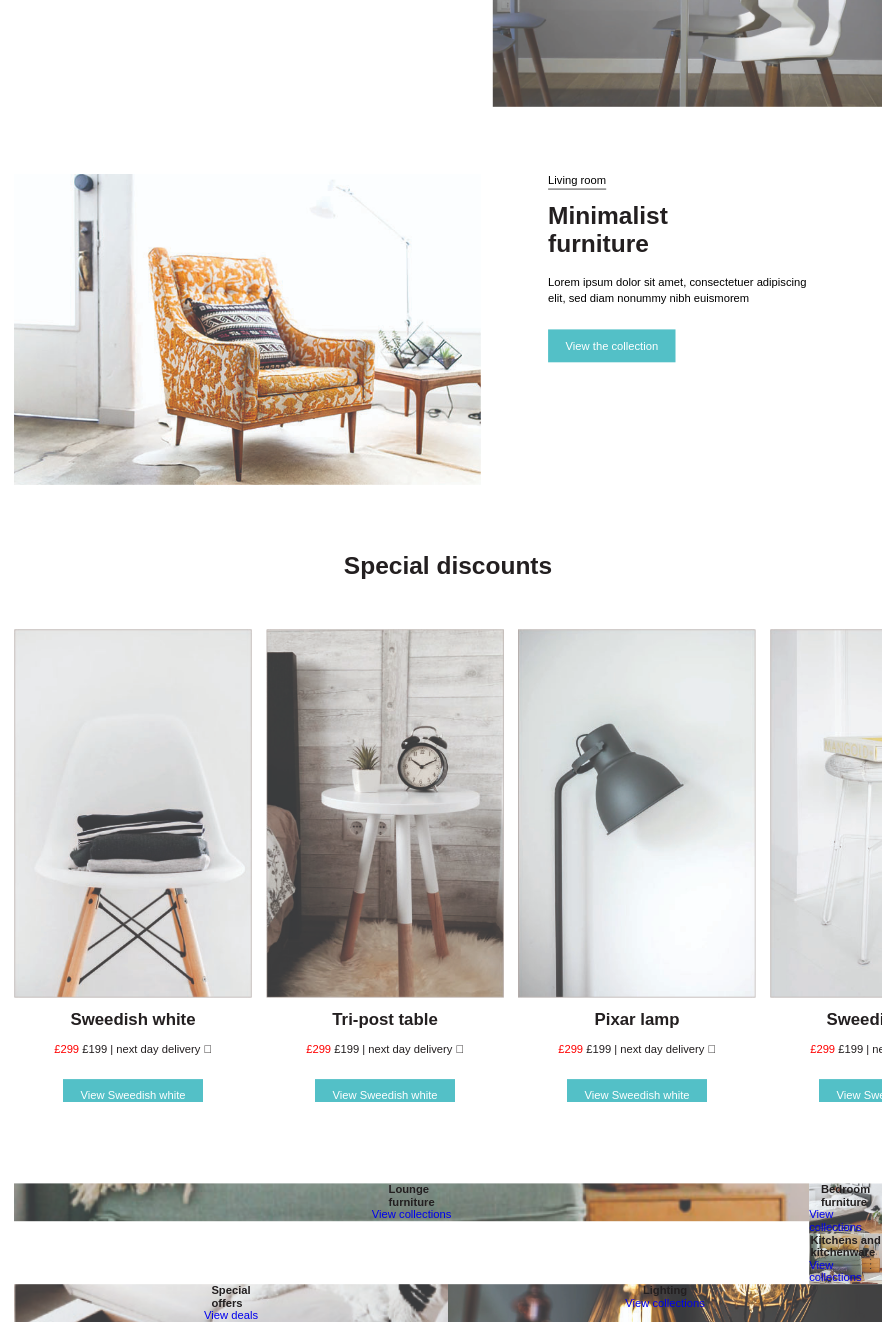
Repository: dinhhaidh/republic-web
Page: index.html
The author's editor kept a copy of each file at every save. The page is drawn from the files as they stood at one save, then again after a run of saves.
The browser window is 1280 px wide. The pictures show the part of the page from y = 472 to 2392 px (the page is 3443 px tall before and 3743 px after), at 70% of full size.
Some web fonts or font styles are not loaded; a fallback is used. Some web libraries are served in a nearby version.

Above is the page before, as saved 2024-01-26 08:39:37.

After the next 2 saves:
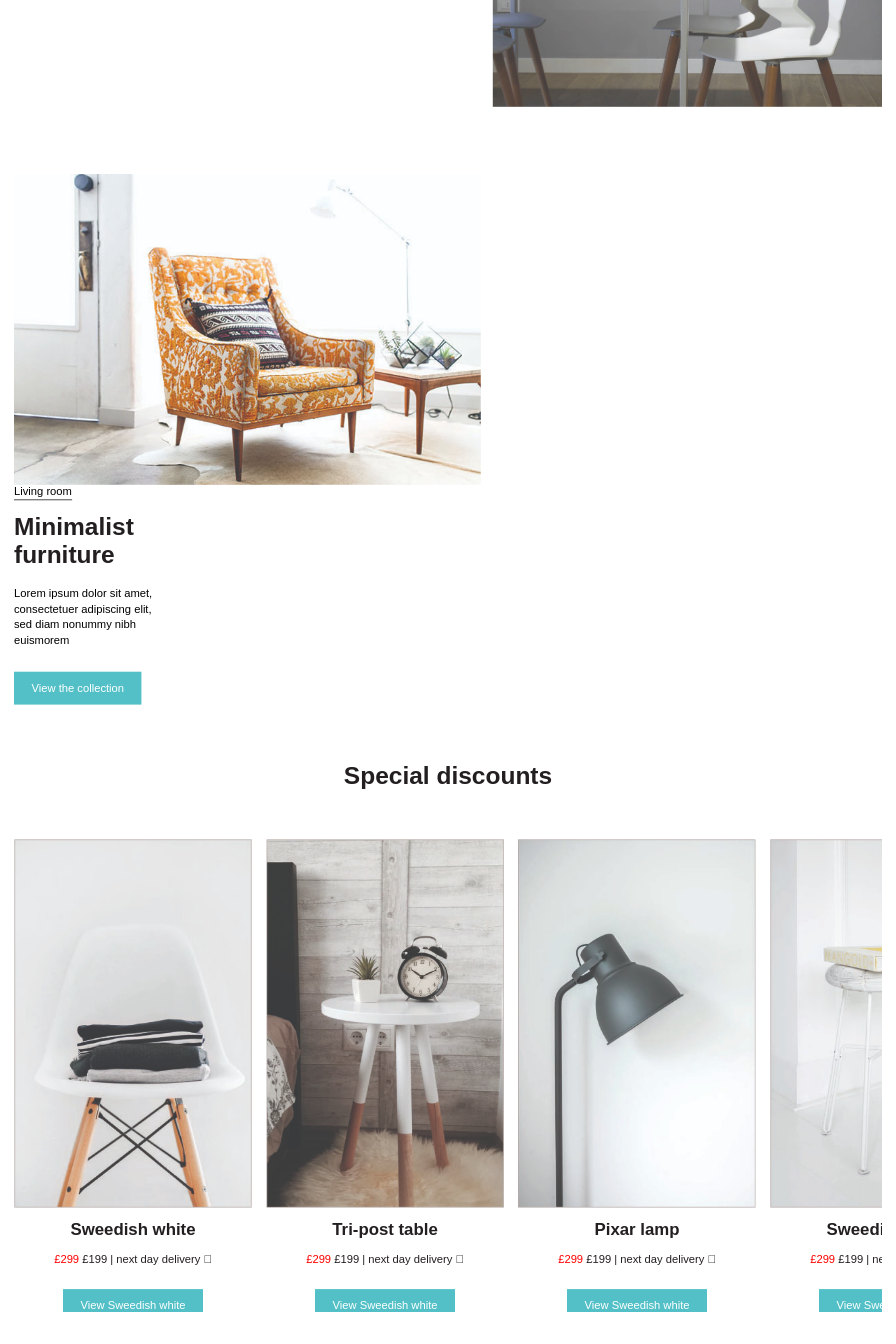
The 2 saves are shown as one change because they came seconds apart.
The last was saved 7 s later.
--- a/index.html
+++ b/index.html
@@ -93,18 +93,20 @@
         <!--==================== Bedroom ====================-->
         <section class="bedroom section" id="bedroom">
             <div class="bedroom__container container">
-                <div class="bedroom__images">
-                    <img src="./img/funitire1.jpg" alt="" class="bedroom__image">
-                </div>
-                <div class="bedroom__content">
-                    <span>Living room</span>
-                    <div class="bedroom-brick"></div>
-                    <h2 class="bedroom__title">Minimalist <br>
-                        furniture</h2>
-                    <p class="bedroom__desc">
-                        Lorem ipsum dolor sit amet, consectetuer adipiscing elit, sed diam nonummy nibh euismorem
-                    </p>
-                    <a href="#" class="button__link">View the collection</a>
+                <div class="b">
+                    <div class="bedroom__images">
+                        <img src="./img/funitire1.jpg" alt="" class="bedroom__image">
+                    </div>
+                    <div class="bedroom__content">
+                        <span>Living room</span>
+                        <div class="bedroom-brick"></div>
+                        <h2 class="bedroom__title">Minimalist <br>
+                            furniture</h2>
+                        <p class="bedroom__desc">
+                            Lorem ipsum dolor sit amet, consectetuer adipiscing elit, sed diam nonummy nibh euismorem
+                        </p>
+                        <a href="#" class="button__link">View the collection</a>
+                    </div>
                 </div>
             </div>
         </section>
